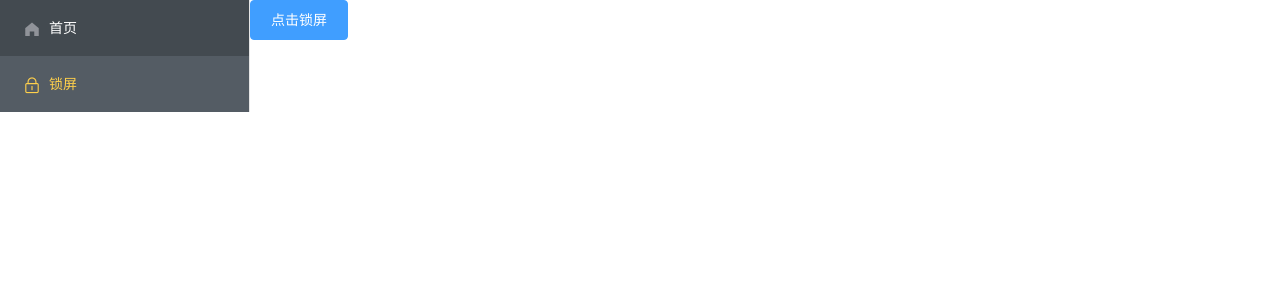
Repository: wujingwenwu/-vue-2.0
Page: /lockScreen
These files come from the project's save history. The page is drawn as it stood at one moment and after the next save; the edit follows.
The browser window is 1280 px wide. The pictures show the whole page.
The project was rebuilt for these pictures with package versions that can differ from the ones it lists, and the page was loaded fresh each time. Also part of the build but not shown: src/views/Home.vue.

Above is the page before, as saved 2020-09-30 10:37:50.

After the next save:
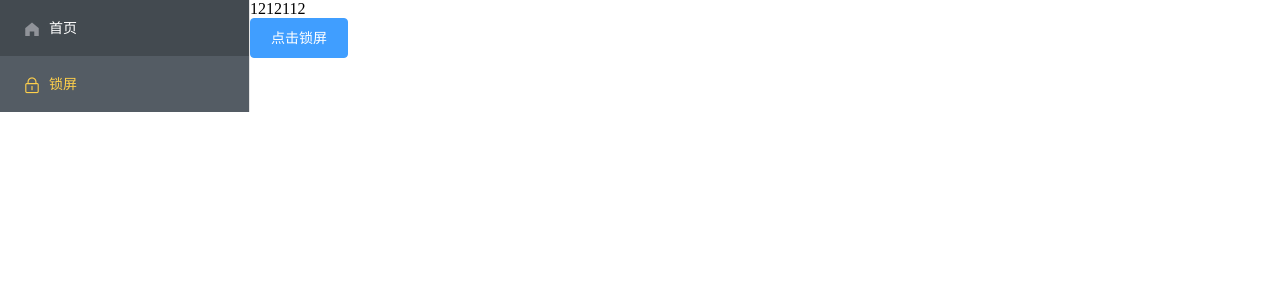
Saved 17 s later.
--- a/src/views/lockScreen/LockScreen.vue
+++ b/src/views/lockScreen/LockScreen.vue
@@ -1,6 +1,6 @@
 <template>
  <div>
-   <template v-shot:footer></template>
+   <template v-shot:footer>1212112</template>
  <wLockScreen :dialogVisible.sync="dialogVisible" @screen="screen"></wLockScreen>
  </div>
 </template>
